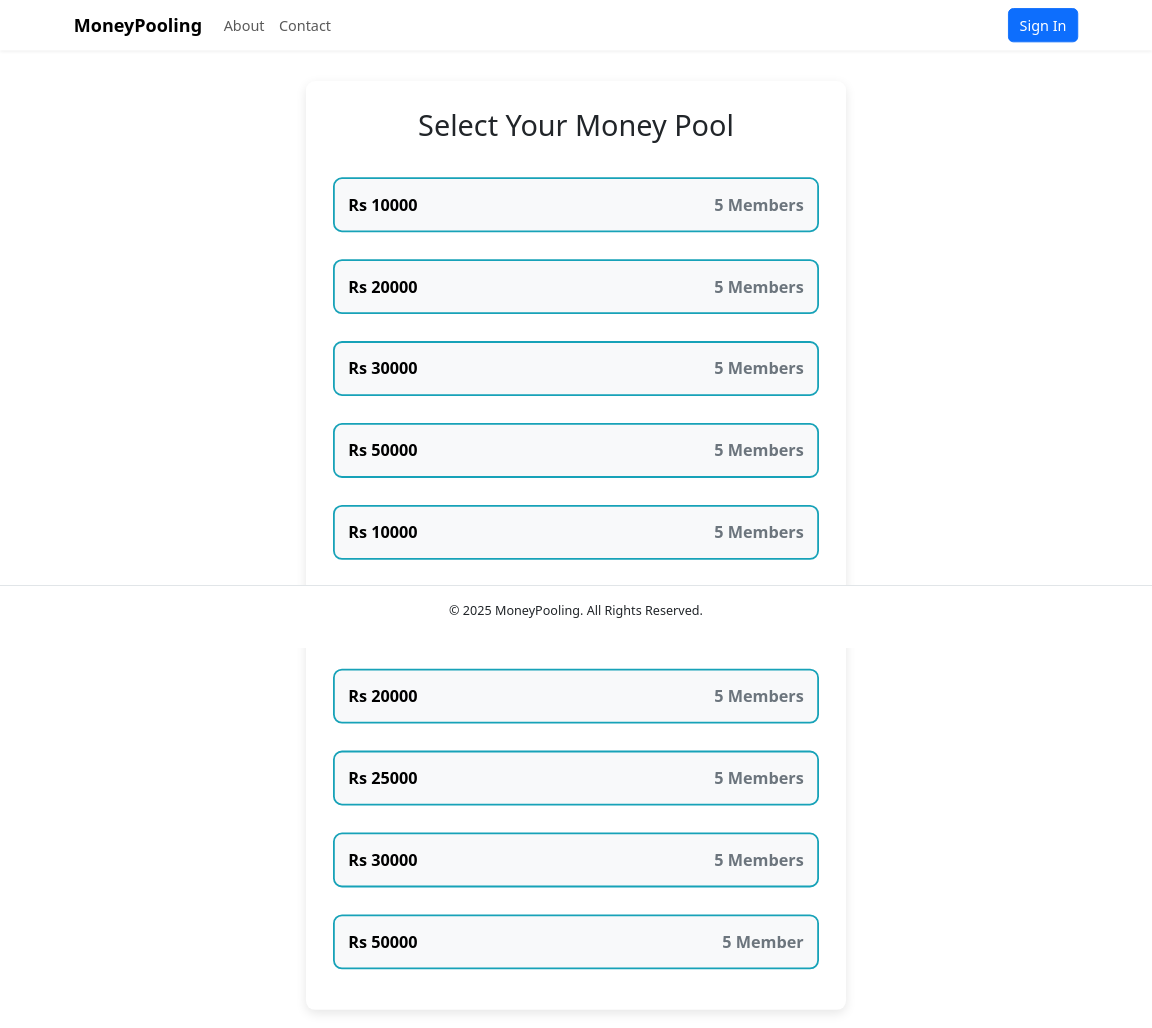
Repository: xxgautm420/MoneyPool
Page: templates/Index.html
These files come from the project's save history. The page is drawn as it stood at one moment and after a run of saves; the edit follows.
The browser window is 1280 px wide. The pictures show the whole page, at 90% of full size.
The page is served by the project's application, run on Flask 3 (app.py). Other server files are loaded and not shown. The template is opened directly, without the code that normally fills it, so the values that code supplies are empty.

Above is the page before, as saved 2025-03-03 08:03:55.

### templates/Index.html
<!DOCTYPE html>
<html lang="en">
<head>
    <meta charset="UTF-8">
    <meta name="viewport" content="width=device-width, initial-scale=1.0">
    <title>Money Pooling</title>

    <!-- External Stylesheets -->
    <link rel="stylesheet" href="{{ url_for('static', filename='Css/style.css') }}">


    <link href="https://cdn.jsdelivr.net/npm/bootstrap@5.3.0-alpha1/dist/css/bootstrap.min.css" rel="stylesheet">
</head>
<body>

    <!-- Navbar -->
    <nav class="navbar navbar-expand-lg navbar-light bg-white fixed-top shadow-sm">
        <div class="container">
            <a class="navbar-brand fw-bold" href="#">MoneyPooling</a>
            <div class="collapse navbar-collapse">
                <ul class="navbar-nav me-auto mb-2 mb-lg-0">
                    <li class="nav-item">
                        <a class="nav-link" href="#" id="aboutLink">About</a>
                    </li>
                    <li class="nav-item">
                        <a class="nav-link" href="#" id="contactLink">Contact</a>
                    </li>
                </ul>
                <button id="signInButton" class="btn btn-primary">Sign In</button>

        <div id="aboutFormContainer" class="about-container" style="display: none;">
            <div class="about-box">
        <section>
            <h1>About This Project</h1>
            <p>In today's digital age, web applications play a pivotal role in streamlining various processes and enhancing user experiences. This project focuses on developing a web application designed to facilitate a unique and engaging process where members join a slot, contribute a specified amount, and a randomly selected member benefits until all members have been selected. The application aims to provide a seamless and user-friendly experience, ensuring secure login, easy slot selection, and transparent tracking of contributions.</p>
            <p>The project is motivated by the need to create an efficient and reliable system that can manage member contributions and random selections in a fair and transparent manner. By leveraging modern web technologies, the application aims to enhance user engagement and foster a sense of community among members. This document outlines the functional requirements, user interaction flow, technical specifications, and expected outcomes of the project.</p>
            <button id="closeAbout" class="close-button"> x</button>
        </section>
        </div>
    </div>
    <div id="contactFormContainer" class="contact-container" style="display: none;">
        <div class="contact-box">
    <section>
        <h1>Contact</h1>
        <form>
            <label for="name">Name:</label><br>
            <input type="text" id="name" name="name" placeholder="Your Name"><br><br>
            <label for="email">Email:</label><br>
            <input type="email" id="email" name="email" placeholder="Your Email"><br><br>
            <label for="number">Number:</label><br>
            <input type="tel" id="number" name="number" placeholder="Your Phone Number"><br><br>
        </form>
        <p><strong>Address:</strong> Your Address Here</p>
        <p><strong>Contact Number:</strong> Your Contact Number Here</p>

        <button id="closeContact" class="close-button"> x</button>
    </section>
    </div>
</div>


            </div>
        </div>
    </nav>

    <!-- Main Content -->
    <div class="main-container">
        <h2 class="text-center mb-4">Select Your Money Pool</h2>
        <div class="slot-container">
            <button class="slot"><span>Rs 10000</span> <span class="members">5 Members</span></button>
            <button class="slot"><span>Rs 20000</span> <span class="members">5 Members</span></button>
            <button class="slot"><span>Rs 30000</span> <span class="members">5 Members</span></button>
            <button class="slot"><span>Rs 50000</span> <span class="members">5 Members</span></button>
            <button class="slot"><span>Rs 10000</span> <span class="members">5 Members</span></button>
            <button class="slot"><span>Rs 15000</span> <span class="members">5 Members</span></button>
            <button class="slot"><span>Rs 20000</span> <span class="members">5 Members</span></button>
            <button class="slot"><span>Rs 25000</span> <span class="members">5 Members</span></button>
            <button class="slot"><span>Rs 30000</span> <span class="members">5 Members</span></button>
            <button class="slot"><span>Rs 50000</span> <span class="members">5 Member</span></button>
        </div>
    </div>

    <!-- Login Form (Hidden Initially) -->
    <div id="loginFormContainer" class="login-container">
        <div class="login-box">
            <h3>Login</h3>
            <input type="text" id="username" placeholder="Username">
            <input type="password" id="password" placeholder="Password">
            <button id="loginSubmit" class="btn btn-success">Login</button>
            <button id="closeLogin" class="btn btn-danger">Close</button>
        </div>
    </div>

    <!-- Join Pool Form (Hidden Initially) -->
    <div id="joinPoolForm" class="login-container" style="display: none;">
        <div class="login-box">
            <h3>Join Pool</h3>
            <button id="joinSubmit" class="btn btn-success" onclick="location.href='/progress'">Join</button>
            <button id="closeJoinPool" class="btn btn-danger">Close</button>
        </div>
    </div>

    <!-- Footer -->
    <footer class="text-center py-3">
        <p>&copy; 2025 MoneyPooling. All Rights Reserved.</p>
    </footer>

    <!-- External JavaScript -->
    <script src="{{ url_for('static', filename='Script/script.js') }}"></script>
</body>
</html>

### app.py
from flask import Flask, render_template , jsonify
from user import User, db
from config import Config
from auth import auth_bp

app = Flask(__name__)
app.config.from_object(Config)
db.init_app(app)

app.register_blueprint(auth_bp)

@app.route('/')
def home():
    return render_template('index.html')

@app.route('/progress')
def progress():
    return render_template('progress.html')

@app.route('/api/users/top5', methods=['GET'])
def get_top5_users():
    users = User.query.limit(5).all()
    return jsonify([user.username for user in users])

if __name__ == '__main__':
    app.run(debug=True)

### static/Css/style.css
/* General Page Styling */
body {
    font-family: Arial, sans-serif;
    text-align: center;
    margin: 0;
    background-color: white;
    padding-top: 70px; /* Space for fixed navbar */
    display: flex;
    flex-direction: column;
    min-height: 100vh; /* Ensure the body takes at least the full height of the viewport */
}

/* Navbar */
.navbar {
    box-shadow: 0px 2px 5px rgba(0, 0, 0, 0.1);
}

/* Main Container */
.main-container {
    width: 80%;
    max-width: 600px;
    margin: 20px auto; /* Adjusted margin for spacing */
    padding: 30px;
    background-color: white;
    border-radius: 10px;
    box-shadow: 0 4px 12px rgba(0, 0, 0, 0.1);
    flex: 1; /* Allow the main container to grow and take available space */
    overflow-y: auto; /* Enable vertical scrolling if content exceeds height */
}

/* Slot Container */
.slot-container {
    display: flex;
    flex-direction: column;
    align-items: center;
}

/* Slot Styling (Now as Buttons) */
.slot {
    width: 100%;
    background-color: #f8f9fa;
    border: 2px solid #17a2b8;
    padding: 15px;
    margin: 15px 0;
    border-radius: 10px;
    font-size: 18px;
    cursor: pointer;
    display: flex;
    justify-content: space-between;
    align-items: center;
    font-weight: bold;
    transition: 0.3s;
}

.slot:hover {
    background-color: #17a2b8;
    color: white;
}

/* Align Members to Right */
.members {
    color: #6c757d;
}

/* Login Form Container */
.login-container {
    position: fixed;
    top: 0;
    left: 0;
    width: 100%;
    height: 100%;
    background: rgba(0, 0, 0, 0.5);
    display: none;
    align-items: center;
    justify-content: center;
    z-index: 1000; /* Ensure the container is above other elements */
}

/* Login Box */
.login-box {
    background: white;
    padding: 20px;
    border-radius: 10px;
    box-shadow: 0 4px 12px rgba(0, 0, 0, 0.3);
    text-align: center;
    width: 350px;
    max-height: 80%; /* Ensure the login box doesn't exceed the height */
    overflow-y: auto; /* Enable scrolling within the login box if needed */
}

.login-box h3 {
    margin-bottom: 15px;
}

.login-box input {
    width: 100%;
    padding: 10px;
    margin-bottom: 10px;
    border: 1px solid #ddd;
    border-radius: 5px;
}

.login-box button {
    width: 100%;
    padding: 10px;
    margin-top: 5px;
}

/* Close Button at Top Right */


/* Join Pool Form (Similar to Login Form) */
#joinPoolForm .login-box {
    background: white;
    padding: 20px;
    border-radius: 10px;
    box-shadow: 0 4px 12px rgba(0, 0, 0, 0.3);
    text-align: center;
    width: 350px;
    max-height: 80%; /* Ensure the join pool box doesn't exceed the height */
    overflow-y: auto; /* Enable scrolling within the join pool box if needed */
}

#joinPoolForm .login-box h3 {
    margin-bottom: 15px;
}

#joinPoolForm .login-box button {
    width: 100%;
    padding: 10px;
    margin-top: 5px;
}

/* Footer */
footer {
    width: 100%;
    background-color: white;
    text-align: center;
    padding: 10px;
    font-size: 14px;
    border-top: 1px solid #dee2e6;
    position: fixed; /* Ensure footer stays at the bottom */
    bottom: 0;
    left: 0;
    right: 0;
}

/* About Form Container */
.about-container {
    position: fixed;
    top: 50%;
    left: 50%;
    transform: translate(-50%, -50%);
    width: 80%;
    max-width: 600px;
    background-color: white;
    border-radius: 10px;
    box-shadow: 0 4px 8px rgba(0, 0, 0, 0.1);
    overflow: auto;
    max-height: 90vh;
    padding: 20px;
}

.about-box {
    padding: 20px;
}

.about-container h1 {
    margin-top: 0;
}

.about-container p {
    line-height: 1.6;
}

.close-button {
    position: absolute;
    top: 10px;
    right: 10px;
    background-color: #f44336;
    color: white;
    border: none;
    border-radius: 50%;
    width: 30px;
    height: 30px;
    cursor: pointer;
    font-size: 16px;
}

.close-button:hover {
    background-color: #d32f2f;
}

 /* contact form */

 .contact-container {
    position: fixed;
    top: 50%;
    left: 50%;
    transform: translate(-50%, -50%);
    width: 80%;
    max-width: 600px;
    background-color: white;
    border-radius: 10px;
    box-shadow: 0 4px 8px rgba(0, 0, 0, 0.1);
    overflow: auto;
    max-height: 90vh;
    padding: 20px;
}

.contact-container h1 {
    margin-top: 0;
}

.contact-container form {
    margin-top: 20px;
}

.contact-container input,
.contact-container textarea {
    width: 100%;
    padding: 10px;
    margin-top: 5px;
    margin-bottom: 10px;
    border-radius: 5px;
    border: 1px solid #ccc;
}

.contact-container p {
    line-height: 1.6;
    margin-top: 10px;
}

.close-button {
    position: absolute;
    top: 10px;
    right: 10px;
    background-color: #f44336;
    color: white;
    border: none;
    border-radius: 50%;
    width: 30px;
    height: 30px;
    cursor: pointer;
    font-size: 16px;
}

.close-button:hover {
    background-color: #d32f2f;
}

### static/Script/script.js
document.addEventListener("DOMContentLoaded", () => {
    const signInButton = document.getElementById("signInButton");
    const loginFormContainer = document.getElementById("loginFormContainer");
    const closeLogin = document.getElementById("closeLogin");
    const loginSubmit = document.getElementById("loginSubmit");
    const slots = document.querySelectorAll(".slot");
    const joinPoolForm = document.getElementById("joinPoolForm");
    const closeJoinPool = document.getElementById("closeJoinPool");

    let isSignedIn = false;

    signInButton.addEventListener("click", () => {
        if (!isSignedIn) {
            loginFormContainer.style.display = "flex";
        } else {
            alert("You have signed out.");
            signInButton.textContent = "Sign In";
            signInButton.classList.replace("btn-danger", "btn-primary");
            isSignedIn = false;
        }
    });

    closeLogin.addEventListener("click", () => {
        loginFormContainer.style.display = "none";
    });

    loginSubmit.addEventListener("click", (event) => {
        event.preventDefault();

        let username = document.getElementById("username").value;
        let password = document.getElementById("password").value;

        if (username && password) {
            fetch('/api/users/login', {
                method: 'POST',
                headers: {
                    'Content-Type': 'application/json'
                },
                body: JSON.stringify({ username: username, password: password })
            })
            .then(response => response.json())
            .then(data => {
                if (data.success) {
                    alert(`Welcome, ${username}!`);
                    loginFormContainer.style.display = "none";
                    signInButton.textContent = "Sign Out";
                    signInButton.classList.replace("btn-primary", "btn-danger");
                    isSignedIn = true;
                } else {
                    alert('Login failed: ' + data.message);
                }
            })
            .catch(error => {
                console.error('Error:', error);
                alert('An error occurred while logging in. Please try again.');
            });
        } else {
            alert("Please enter username and password.");
        }
    });

    // registrationSubmit.addEventListener("click", (event) => {
    //     event.preventDefault();

    //     let username = document.getElementById("registerUsername").value;
    //     let password = document.getElementById("registerPassword").value;

    //     if (username && password) {
    //         fetch('/api/users/register', {
    //             method: 'POST',
    //             headers: {
    //                 'Content-Type': 'application/json'
    //             },
    //             body: JSON.stringify({ username: username, password: password })
    //         })
    //         .then(response => response.json())
    //         .then(data => {
    //             if (data.success) {
    //                 alert(`Registration successful, ${username}!`);
    //             } else {
    //                 alert('Registration failed: ' + data.message);
    //             }
    //         })
    //         .catch(error => {
    //             console.error('Error:', error);
    //             alert('An error occurred during registration. Please try again.');
    //         });
    //     } else {
    //         alert("Please enter username and password.");
    //     }
    // });

    // Show Join Pool Form on Slot Click
    slots.forEach(slot => {
        slot.addEventListener("click", () => {
            if (isSignedIn) {
                joinPoolForm.style.display = "flex";
            } else {
                alert("Please sign in to select a money pool.");
            }
        });
    });

    // Close Join Pool Form
    closeJoinPool.addEventListener("click", () => {
        joinPoolForm.style.display = "none";
    });
});




//about form
document.addEventListener("DOMContentLoaded", function() {
    const aboutLink = document.getElementById("aboutLink");
    const aboutFormContainer = document.getElementById("aboutFormContainer");
    const closeAboutForm = document.getElementById("closeAbout");


    aboutLink.addEventListener("click", function(event) {
        event.preventDefault();
        aboutFormContainer.style.display = "block";
    });

    closeAboutForm.addEventListener("click", () => {
        aboutFormContainer.style.display = "none";
    });


});

//contact form
document.addEventListener("DOMContentLoaded", function() {
    const contactLink = document.getElementById("contactLink");
    const contactFormContainer = document.getElementById("contactFormContainer");
    const closeContactForm = document.getElementById("closeContact");


    contactLink.addEventListener("click", function(event) {
        event.preventDefault();
        contactFormContainer.style.display = "block";
    });

    closeContactForm.addEventListener("click", () => {
        contactFormContainer.style.display = "none";
    });


});

After the next 3 saves:
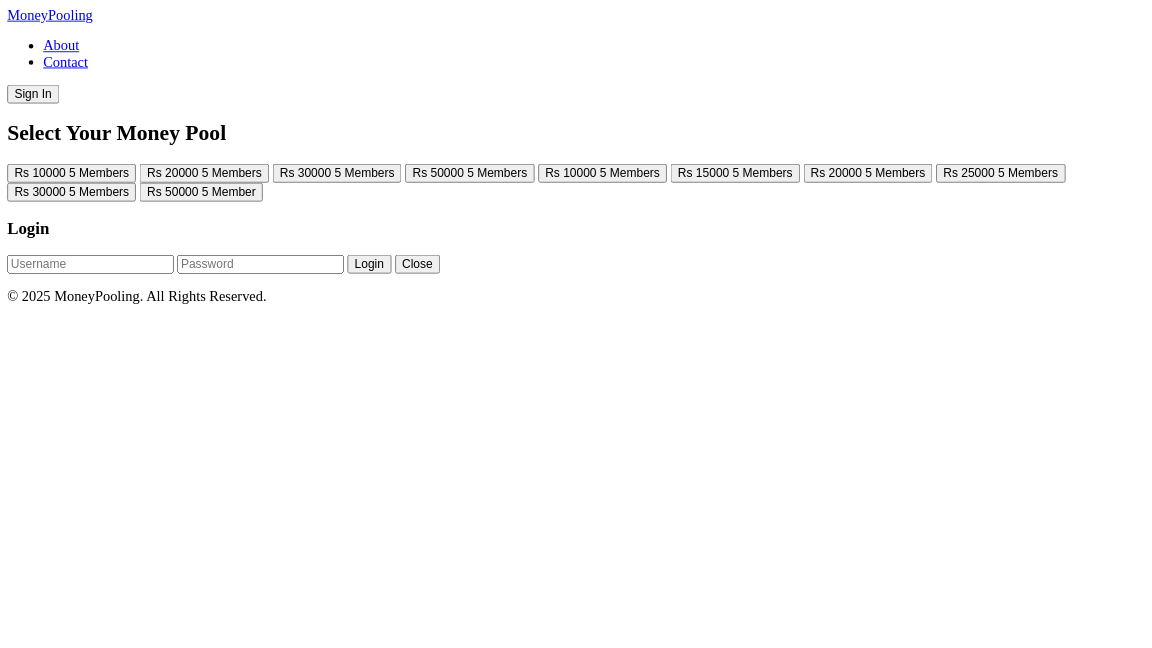
The 3 saves are shown as one change because they came seconds apart.
The last was saved 3 h 19 min later.
--- a/templates/Index.html
+++ b/templates/Index.html
@@ -5,7 +5,7 @@
     <meta name="viewport" content="width=device-width, initial-scale=1.0">
     <title>Money Pooling</title>
 
-    <!-- External Stylesheets -->
+    <!-- External Stylesheets --
     <link rel="stylesheet" href="{{ url_for('static', filename='Css/style.css') }}">
 
 

After the save that followed:
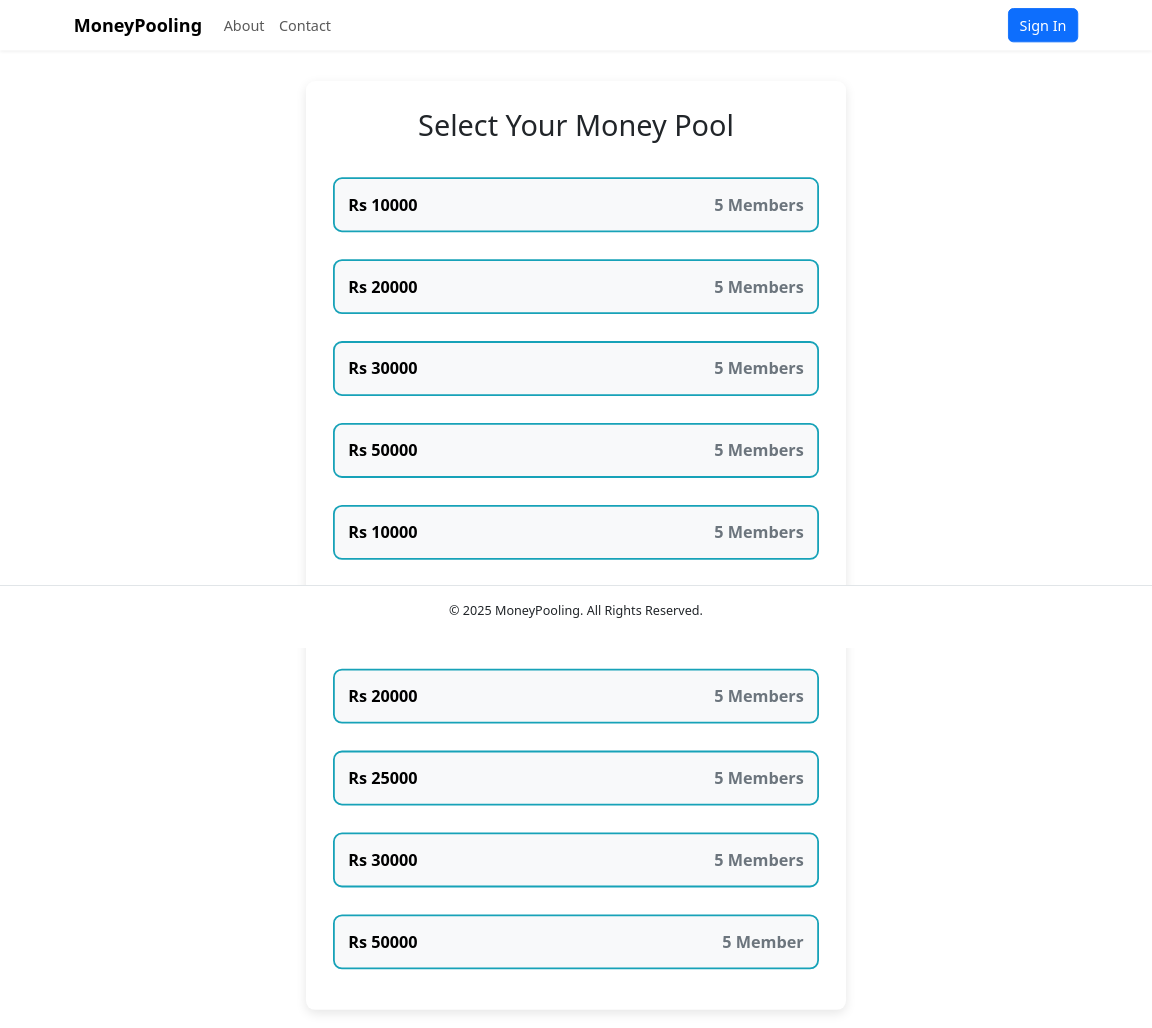
Saved 6 s later.
--- a/templates/Index.html
+++ b/templates/Index.html
@@ -5,7 +5,7 @@
     <meta name="viewport" content="width=device-width, initial-scale=1.0">
     <title>Money Pooling</title>
 
-    <!-- External Stylesheets --
+
     <link rel="stylesheet" href="{{ url_for('static', filename='Css/style.css') }}">
 
 
